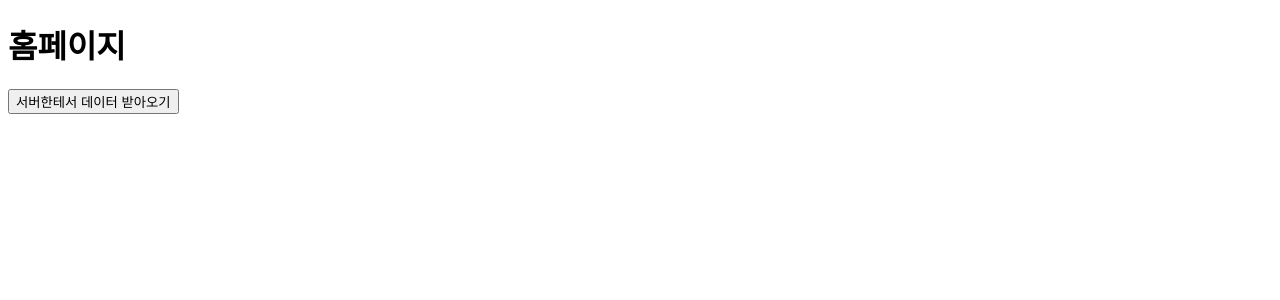
Repository: kwangsWorld/personalPotpolio
Page: http://localhost/webPrj21ajax/home
These files come from the project's save history. The page is drawn as it stood at one moment and after the next save; the edit follows.
The browser window is 1280 px wide. The pictures show the whole page.
The page is served by Tomcat 9.

Above is the page before, as saved 2023-12-12 06:25:44.
Console error: SyntaxError: Unexpected identifier 'title'

After the next save:
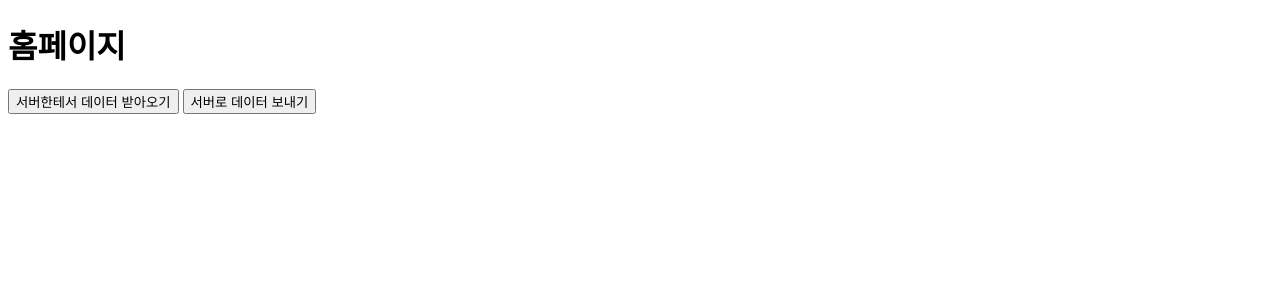
Saved 114 s later.
--- a/wasRepo/webPrj21ajax/src/main/webapp/WEB-INF/views/home.jsp
+++ b/wasRepo/webPrj21ajax/src/main/webapp/WEB-INF/views/home.jsp
@@ -9,7 +9,8 @@
 <body>
 	<h1>홈페이지</h1>
 
-	<button onclick="sendData();">서버한테서 데이터 받아오기</button>
+	<button onclick="loadData();">서버한테서 데이터 받아오기</button>
+	<button onclick="sendData();">서버로 데이터 보내기</button>
 
 	<script>
 		function loadData(){		//fetch함수 사용해서 ajax방식으로 요청보내고 응답받아오기, 비동기방식(화면이동없이 하는것)
